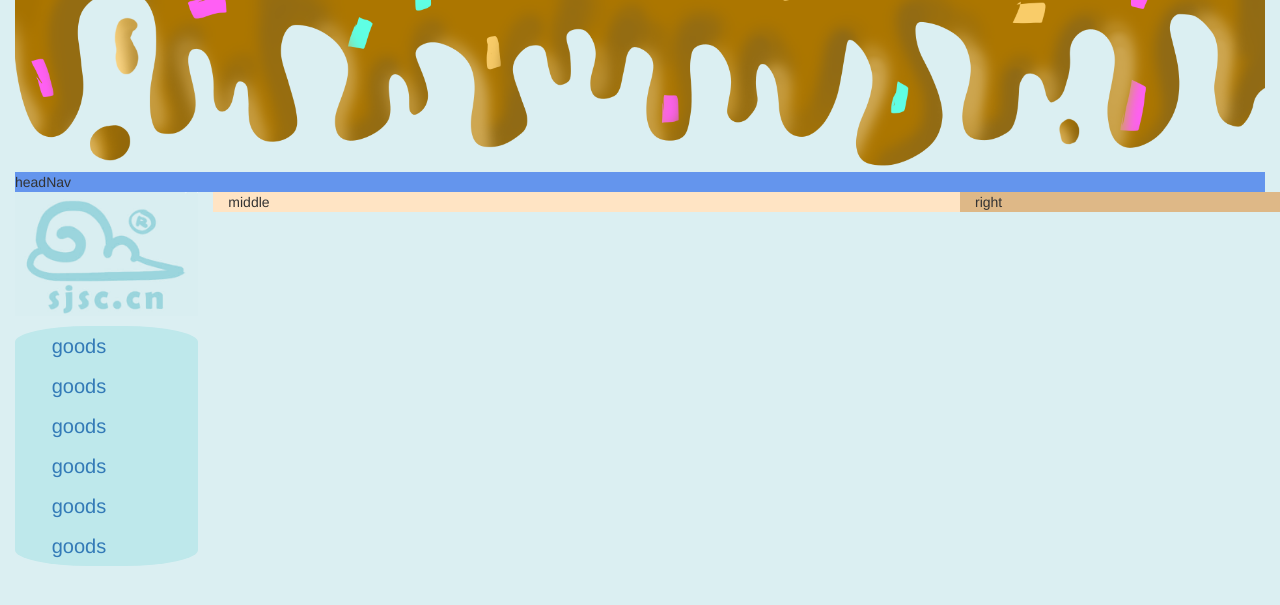
Repository: 15378517762/zxy
Page: html/index.html
These files come from the project's save history. The page is drawn as it stood at one moment and after the next save; the edit follows.
The browser window is 1280 px wide. The pictures show the whole page.

Above is the page before, as saved 2021-05-27 00:15:02.

After the next save:
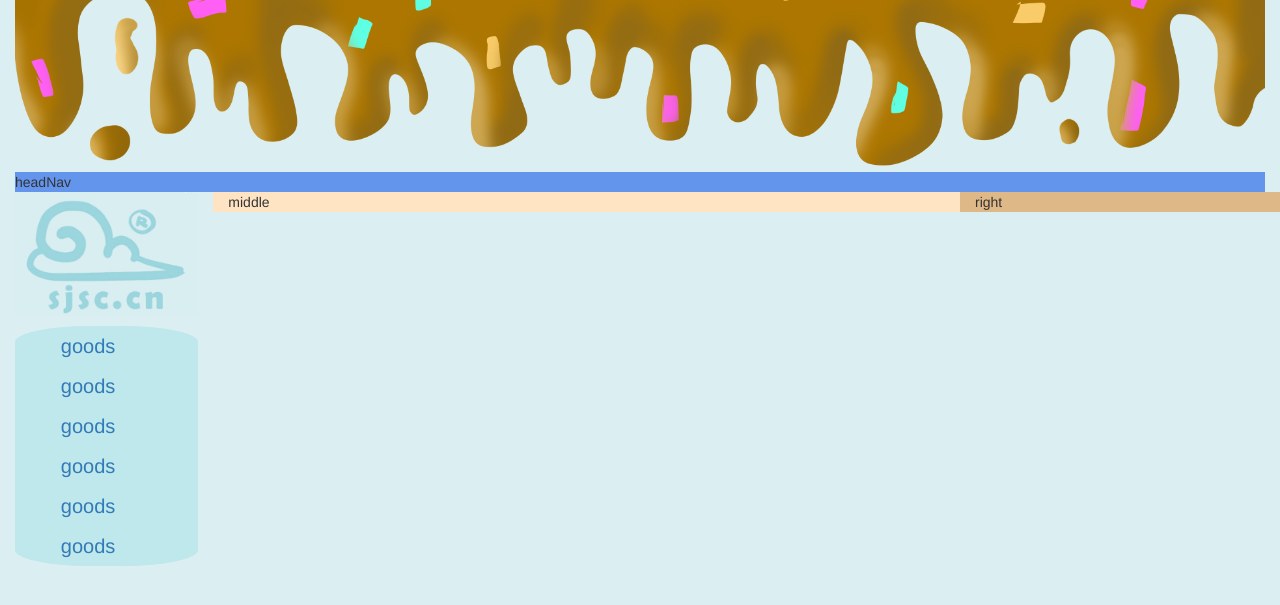
Saved 23 s later.
--- a/css/index.css
+++ b/css/index.css
@@ -32,7 +32,7 @@
 }
 
 .sideNav li a {
-    padding-left: 20%;
+    padding-left: 25%;
     font-size: 20px;
     line-height: 40px;
     text-align: center;
